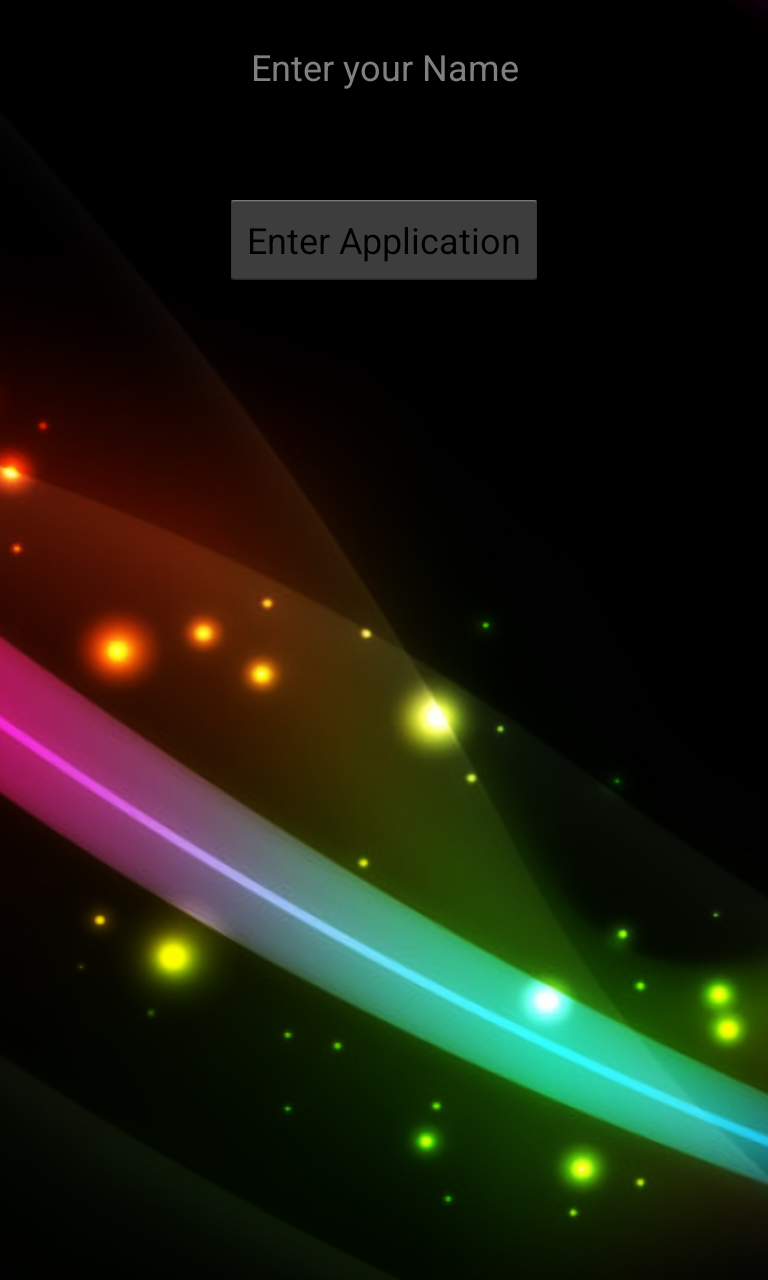
Repository: fsoDannis/workspace
Layout: findIt_3/res/layout/activity_main.xml
An editor plug-in stored every save of this project. The layout is shown before and after the next save, followed by the edit.
It is drawn on a 768 x 1280 px phone screen (xhdpi) without system bars, with theme AppTheme; the app's code is not run.

Above is the layout before, as saved 2013-02-15 02:27:20.

After the next save:
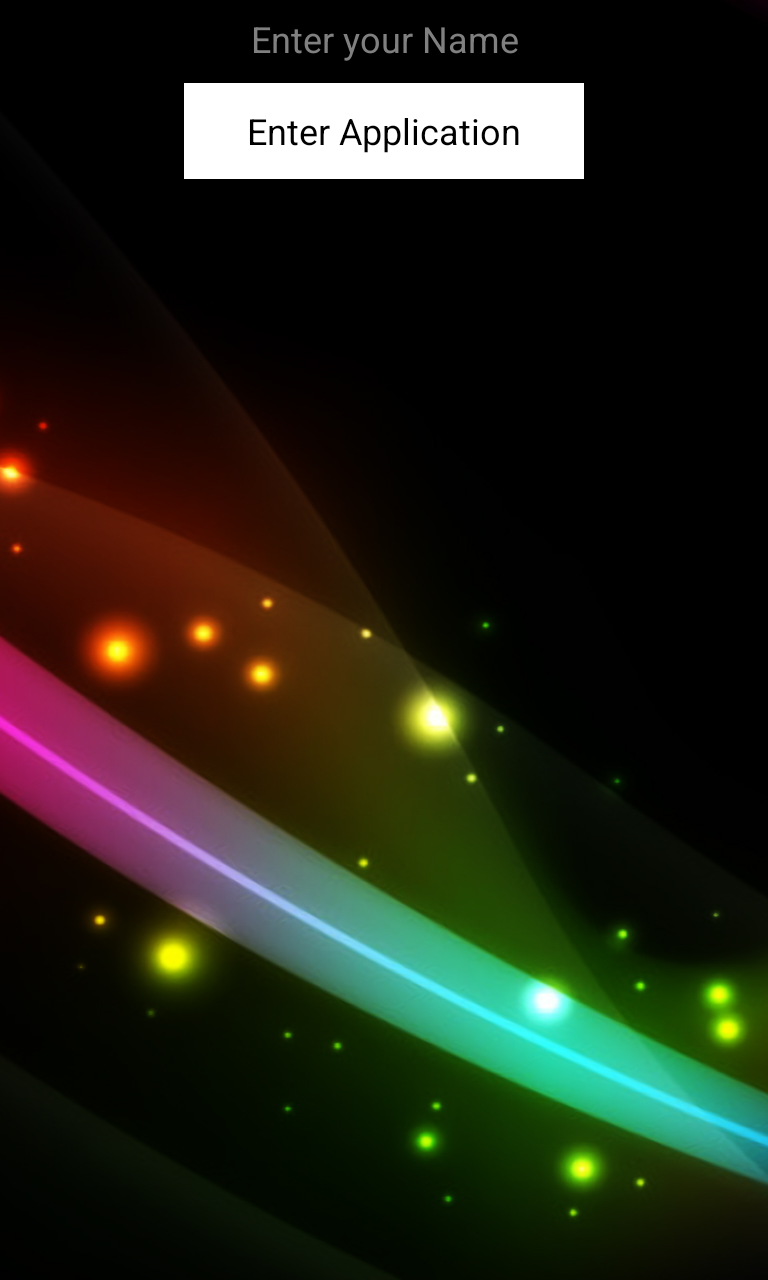
Saved 19 min 20 s later.
--- a/findIt_3/res/layout/activity_main.xml
+++ b/findIt_3/res/layout/activity_main.xml
@@ -1,44 +1,26 @@
-<RelativeLayout xmlns:android="http://schemas.android.com/apk/res/android"
+<LinearLayout xmlns:android="http://schemas.android.com/apk/res/android"
     xmlns:tools="http://schemas.android.com/tools"
     android:layout_width="match_parent"
     android:layout_height="match_parent"
+    android:orientation="vertical"
    android:background="@drawable/background"
    >
 
-    <LinearLayout
-        android:id="@+id/linearLayout2"
+        <EditText
+        android:id="@+id/et_EnterName"
         android:layout_width="fill_parent"
         android:layout_height="wrap_content"
-        android:orientation="horizontal" >
-    </LinearLayout>
-
-
-    <LinearLayout
-        android:id="@+id/linearLayout1"
-        android:layout_width="fill_parent"
-        android:layout_height="wrap_content"
-        android:orientation="horizontal" >
-    </LinearLayout>
-
-    <Button
-        android:id="@+id/b_Enter"
-        android:layout_width="wrap_content"
-        android:layout_height="wrap_content"
-        android:layout_below="@+id/linearLayout2"
-        android:layout_centerHorizontal="true"
-        android:layout_marginTop="96dp"
-        android:gravity="center_vertical|center_horizontal"
-        android:text="Enter Application" />
-
-    <EditText
-        android:id="@+id/et_EnterName"
-        android:layout_width="200dip"
-        android:layout_height="wrap_content"
-        android:layout_below="@+id/linearLayout2"
-        android:layout_centerHorizontal="true"
-        android:layout_marginTop="14dp"
-        android:ems="10"
-        android:gravity="center_vertical|center_horizontal"
+        android:gravity="center"
+        android:paddingBottom="10dp"
         android:hint="Enter your Name" />
 
-</RelativeLayout>
+        <Button
+            android:id="@+id/b_Enter"
+             android:layout_width="200dip"
+             android:layout_height="wrap_content"
+             android:background="#ffffff"
+             android:layout_gravity="center"
+            android:text="Enter Application" />
+</LinearLayout>
+
+</LinearLayout>
